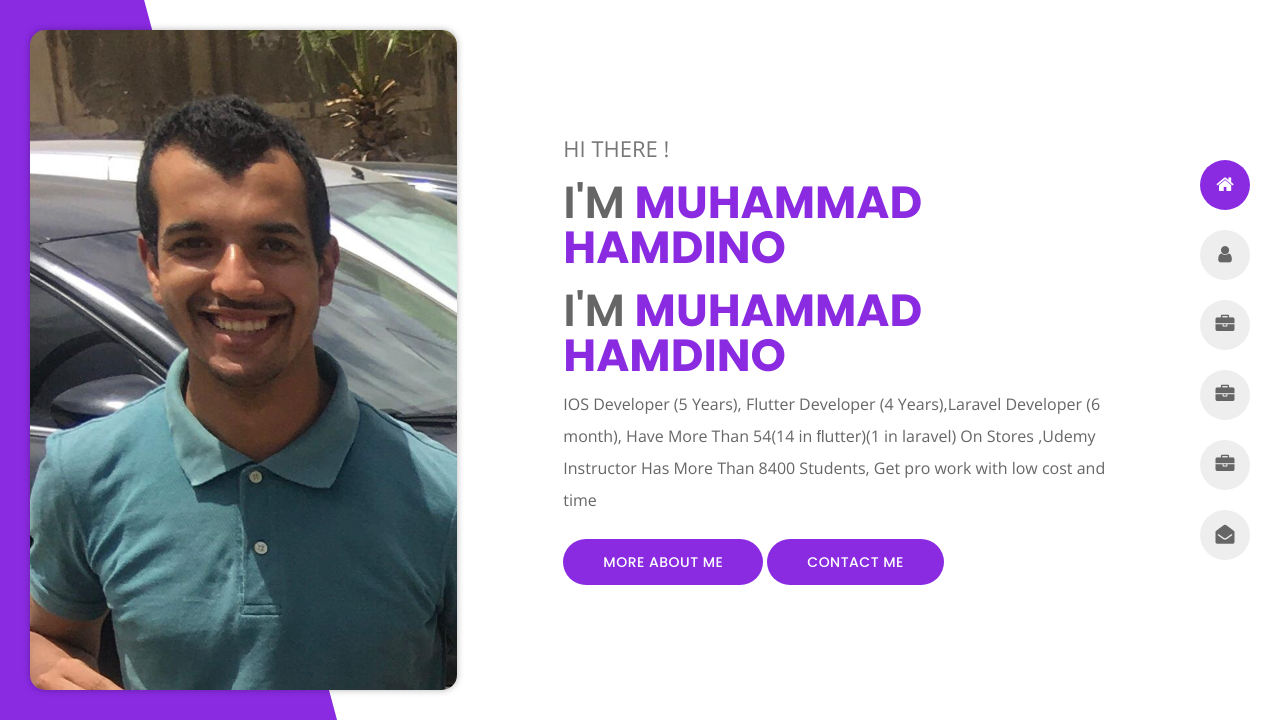
Repository: mhamdimno/mywebsite
Page: index.html
An editor plug-in stored every save of this project. The page is shown before and after the next save, followed by the edit.
The browser window is 1280 px wide. The pictures show the whole page.

Above is the page before, as saved 2023-06-03 16:02:29.

After the next save:
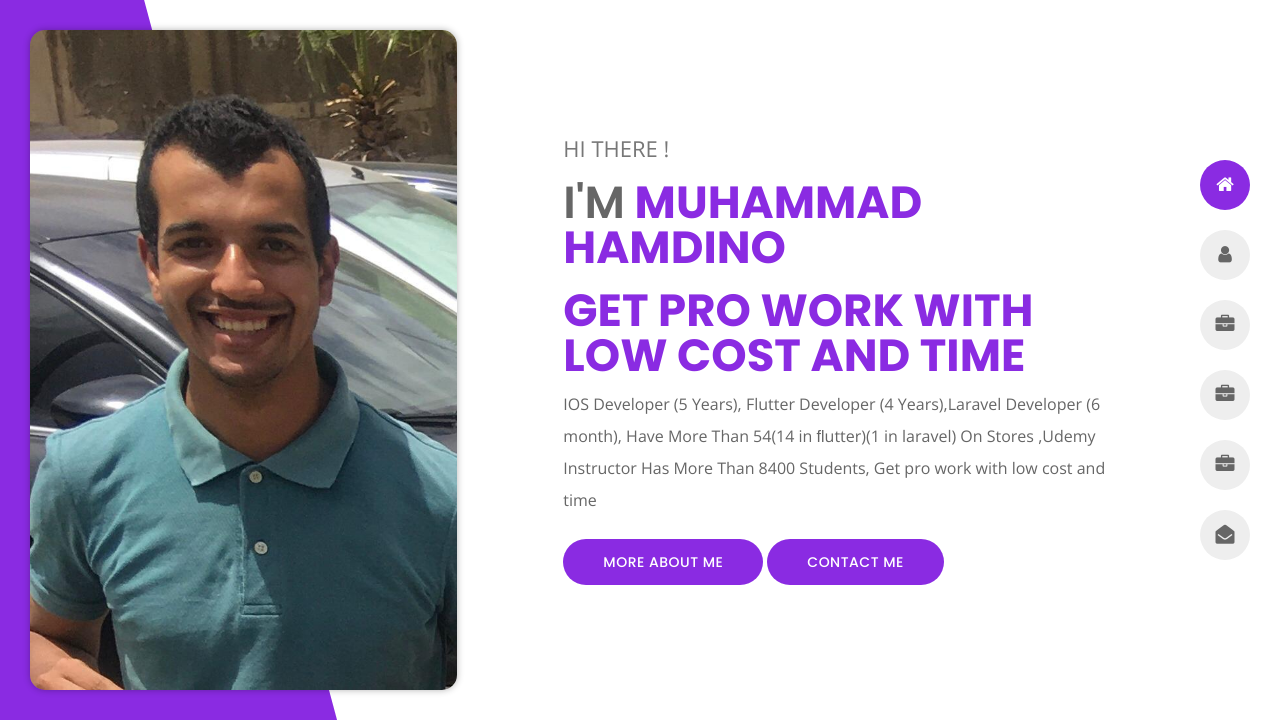
Saved 30 s later.
--- a/index.html
+++ b/index.html
@@ -98,7 +98,7 @@
                 <img src="img/img-mobile-light.jpg" class="img-fluid main-img-mobile d-none d-sm-block d-lg-none" alt="my picture" />
                 <h6 class="text-uppercase open-sans-font mb-0 d-block d-sm-none d-lg-block">hi there !</h6>
                 <h1 class="text-uppercase poppins-font"><span>I'm</span> Muhammad Hamdino</h1>
-                <h1 class="text-uppercase poppins-font"><span>I'm</span> Muhammad Hamdino</h1>
+                <h1 class="text-uppercase poppins-font"></span>Get pro work with low cost and time</h1>
 
                 <p class="open-sans-font">
 
